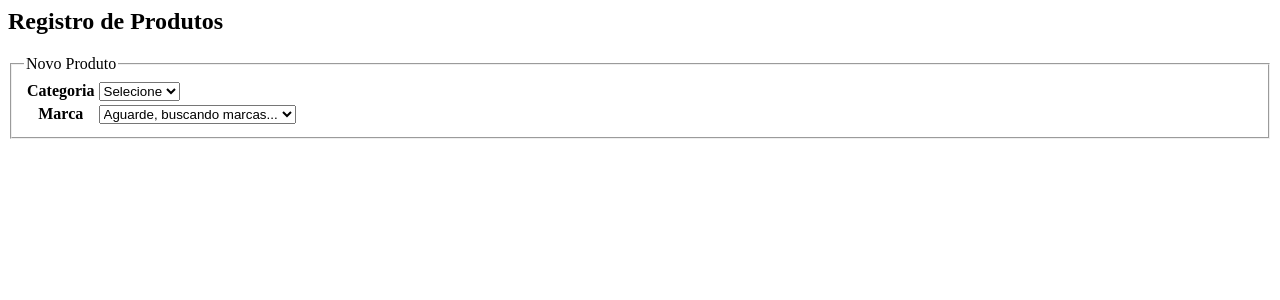
Repository: CarlosLaurindo1/siteGeladeiras
Page: ProjetoTrilhaWeb/src/main/webapp/pages/admin/product/index.html
These files come from the project's save history. The page is drawn as it stood at one moment and after the next save; the edit follows.
The browser window is 1280 px wide. The pictures show the whole page.

Above is the page before, as saved 2023-06-29 22:11:11.

### ProjetoTrilhaWeb/src/main/webapp/pages/admin/product/index.html
<h2>Registro de Produtos</h2>
<form name="frmAddProduto" id="addProduto" class="frmInserir">
	<fieldset>
		<legend>Novo Produto</legend>
		<table>
			<tr>
				<th>Categoria</th>
				<td><select name="categoria">
						<option value="">Selecione</option>
						<option value="1">Geladeira</option>
						<option value="2">Freezer</option>
				</select></td>
			</tr>
			<tr>
			<th>Marca</th>
			<td>
			<select name="marcaId" id="selMarca">
			<option value="" class="buscando">Aguarde, buscando marcas...</option>
			</select>
			</td>
			</tr>
		</table>
	</fieldset>
</form>

After the next save:
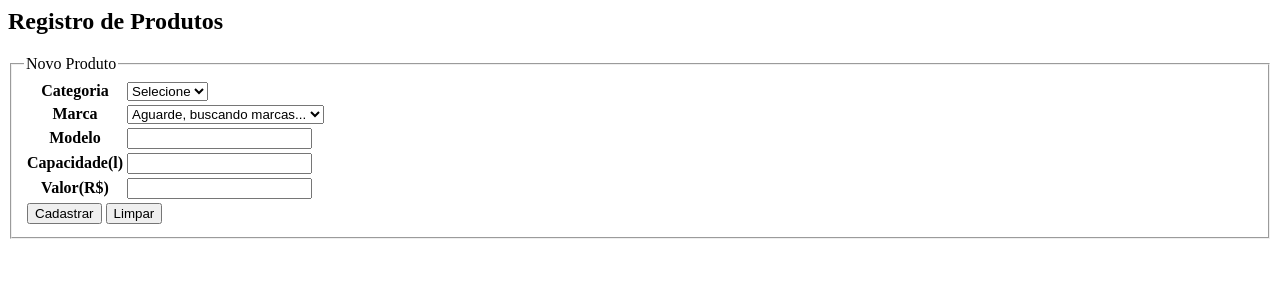
Saved 6 min 16 s later.
--- a/ProjetoTrilhaWeb/src/main/webapp/pages/admin/product/index.html
+++ b/ProjetoTrilhaWeb/src/main/webapp/pages/admin/product/index.html
@@ -12,12 +12,30 @@
 				</select></td>
 			</tr>
 			<tr>
-			<th>Marca</th>
-			<td>
-			<select name="marcaId" id="selMarca">
-			<option value="" class="buscando">Aguarde, buscando marcas...</option>
-			</select>
-			</td>
+				<th>Marca</th>
+				<td><select name="marcaId" id="selMarca">
+						<option value="" class="buscando">Aguarde, buscando
+							marcas...</option>
+				</select></td>
+			</tr>
+			<tr>
+				<th>Modelo</th>
+				<td><input type="text" name="modelo"></td>
+			</tr>
+
+			<tr>
+				<th>Capacidade(l)</th>
+				<td><input type="text" name="capacidade"></td>
+			</tr>
+			<tr>
+				<th>Valor(R$)</th>
+				<td><input type="text" name="valor"></td>
+			</tr>
+			<tr>
+				<td colspan="2">
+					<button type="button">Cadastrar</button>
+					<button type="button">Limpar</button>
+				</td>
 			</tr>
 		</table>
 	</fieldset>
